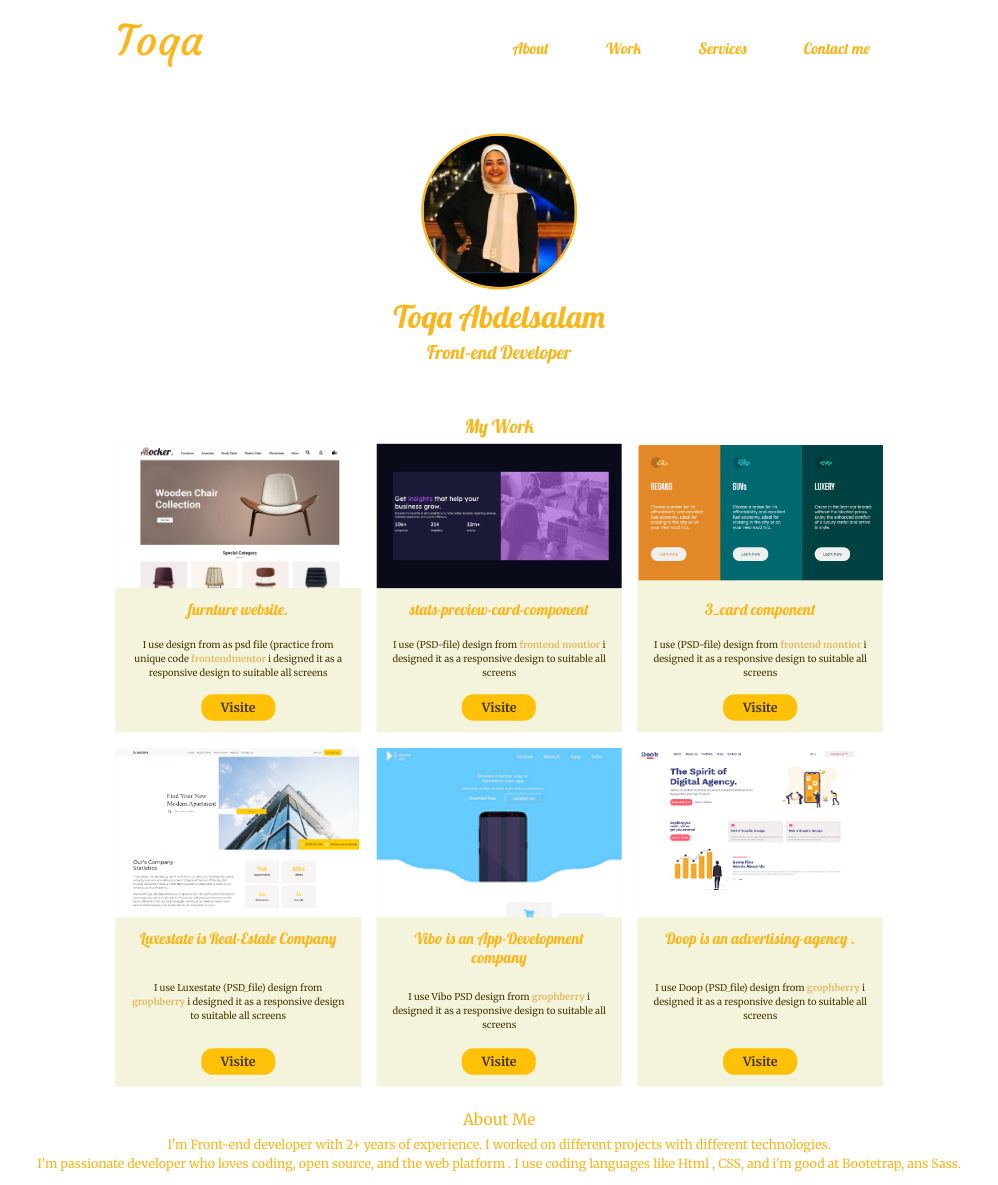
Repository: Toqa-25/portfolio
Page: index.html
These files come from the project's save history. The page is drawn as it stood at one moment and after the next save; the edit follows.
The browser window is 1280 px wide. The pictures show the whole page, at 78% of full size.
Some web fonts or font styles are not loaded; a fallback is used.

Above is the page before, as saved 2021-11-01 02:28:07.

After the next save:
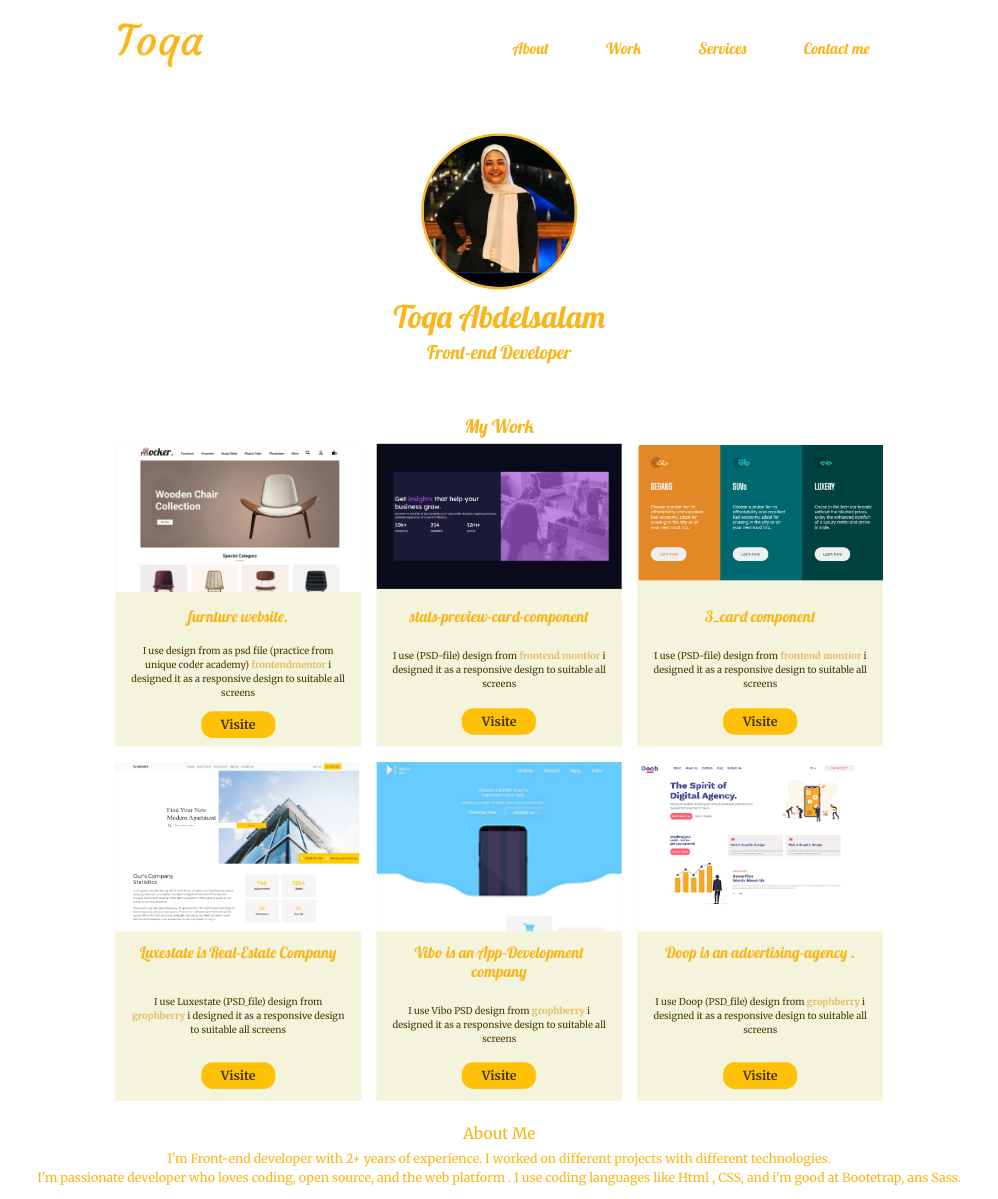
Saved 10 s later.
--- a/index.html
+++ b/index.html
@@ -79,7 +79,7 @@
         </div>
         <div class="card-info">
           <h5 class="card-title">furnture website.</h5>
-          <p class="card-info-text doop-text">I use  design from as psd file (practice from unique code<span> <a href="https://www.frontendmentor.io/">frontendmentor</a></span>
+          <p class="card-info-text doop-text">I use  design from as psd file (practice from unique coder academy)<span> <a href="https://www.frontendmentor.io/">frontendmentor</a></span>
 i designed it as a responsive design to suitable all screens <br>
          </p>
       <button class="card-button"><a href="https://toqa-25.github.io/landing-meeting-page/">Visite</a></button>

After the save that followed:
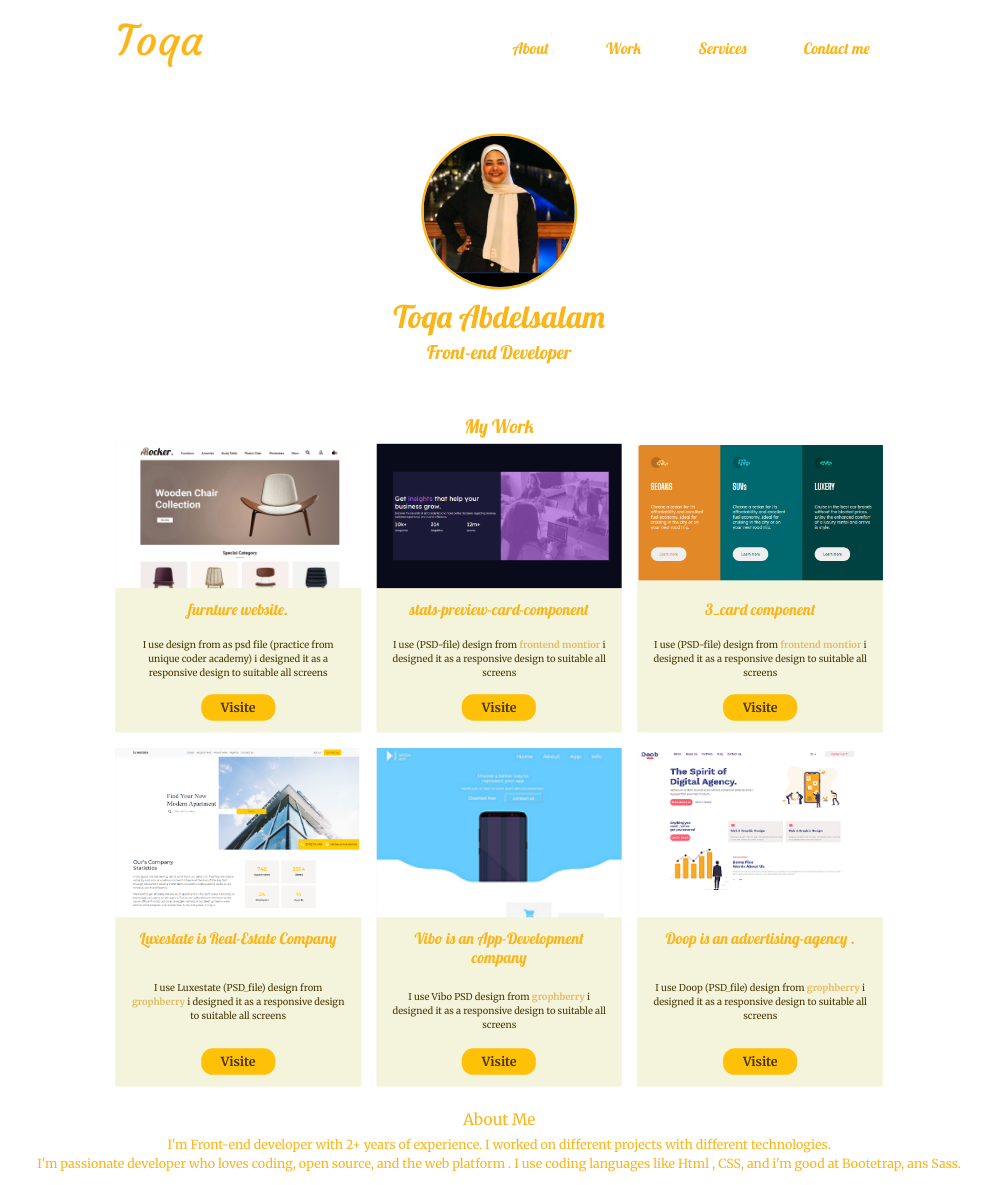
Saved 23 s later.
--- a/index.html
+++ b/index.html
@@ -79,7 +79,7 @@
         </div>
         <div class="card-info">
           <h5 class="card-title">furnture website.</h5>
-          <p class="card-info-text doop-text">I use  design from as psd file (practice from unique coder academy)<span> <a href="https://www.frontendmentor.io/">frontendmentor</a></span>
+          <p class="card-info-text doop-text">I use  design from as psd file (practice from unique coder academy)
 i designed it as a responsive design to suitable all screens <br>
          </p>
       <button class="card-button"><a href="https://toqa-25.github.io/landing-meeting-page/">Visite</a></button>
